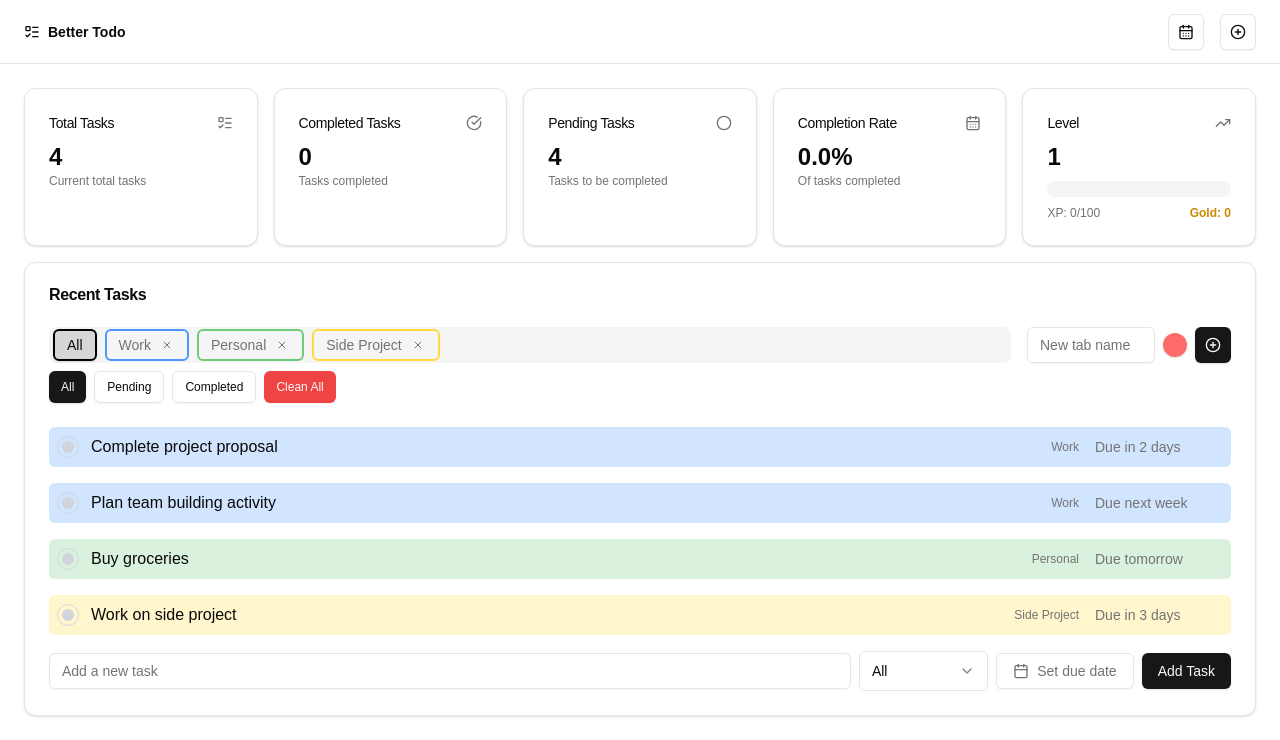
Repository: malikbarbier7/better-todo
Page: /dashboard
An editor plug-in stored every save of this project. The page is shown before and after the next save, followed by the edit.
The browser window is 1280 px wide. The pictures show the whole page.
The project was rebuilt for these pictures with package versions that can differ from the ones it lists, and the page was loaded fresh each time. The framework's server and built-in components were replaced by stand-ins that run in the browser. Also part of the build but not shown: next.config.js, next.config.mjs, components/ui/calendar.tsx.

Above is the page before, as saved 2024-10-04 14:44:24.

After the next save:
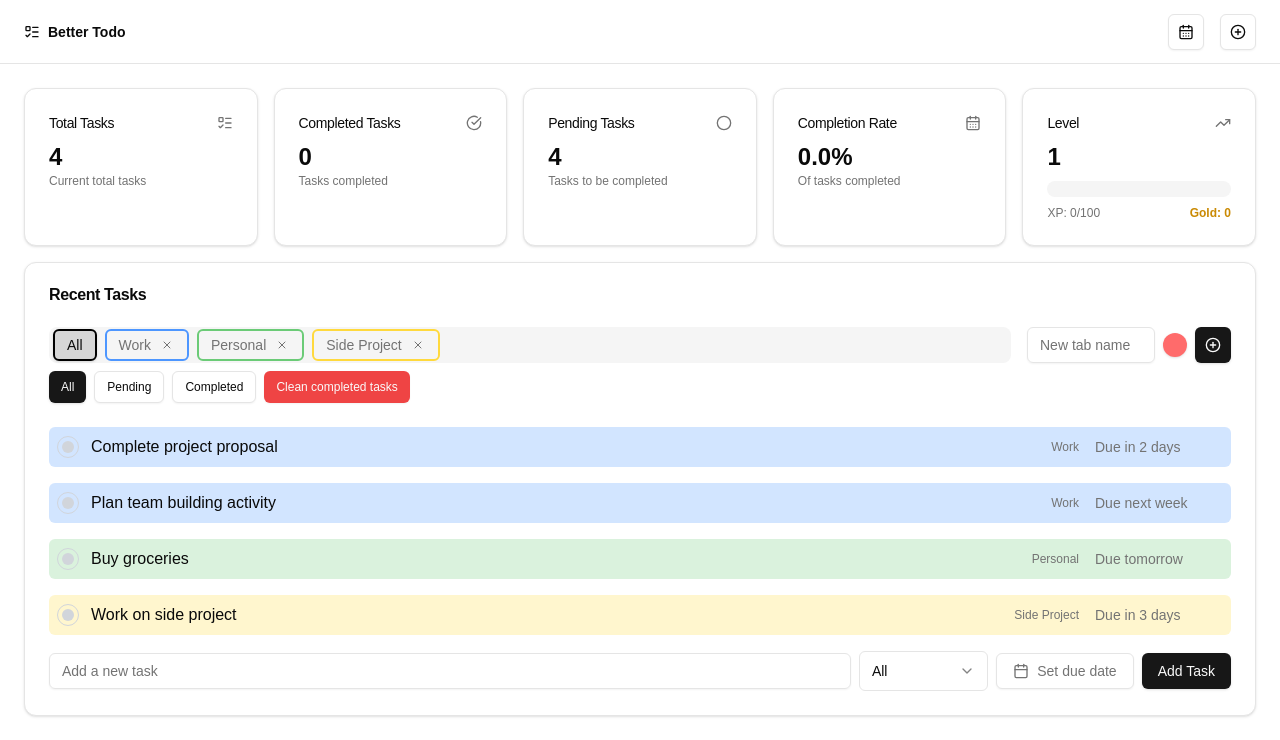
Saved 38 s later.
--- a/components/dashboard.tsx
+++ b/components/dashboard.tsx
@@ -433,7 +433,7 @@ export function Dashboard() {
                         variant="destructive"
                         onClick={handleCleanCompleted}
                       >
-                        Clean All
+                        Clean completed tasks
                       </Button>
                     </div>
                   </div>
